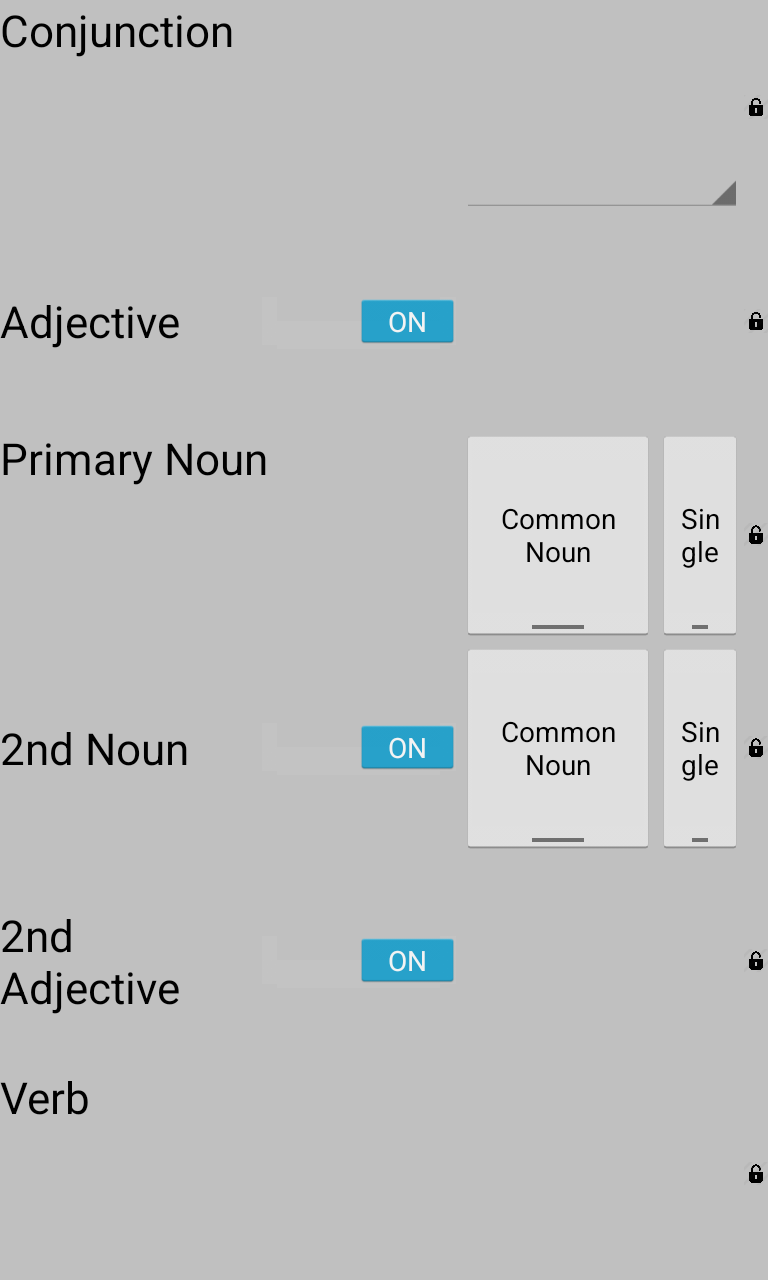
Repository: TheDizzler/TableTopTools
Layout: RPGTools/res/layout/fragment_cause_controls.xml
These files come from the project's save history. The layout is drawn as it stood at one moment and after the next save; the edit follows.
It is drawn on a 768 x 1280 px phone screen (xhdpi) without system bars, with theme AppTheme; the app's code is not run.

Above is the layout before, as saved 2017-03-26 19:19:04.

### RPGTools/res/layout/fragment_cause_controls.xml
<?xml version="1.0" encoding="utf-8"?>
<TableLayout xmlns:android="http://schemas.android.com/apk/res/android"
    android:layout_width="match_parent"
    android:layout_height="match_parent"
    android:background="#C0C0C0"
    android:measureWithLargestChild="true"
    android:orientation="vertical"
    android:weightSum="6" >

    <TableRow
        android:id="@+id/tableRow1_conjunction"
        android:layout_width="match_parent"
        android:layout_height="wrap_content"
        android:layout_weight="1"
        android:weightSum="4" >

        <TextView
            android:id="@+id/textView1"
            android:layout_width="wrap_content"
            android:layout_height="match_parent"
            android:layout_span="1"
            android:layout_weight="1"
            android:text="Conjunction"
            android:textColorHighlight="#FFFFFF00"
            android:textAppearance="?android:attr/textAppearanceLarge" />

        <Spinner
            android:id="@+id/spinner_Conjunctions"
            android:layout_width="wrap_content"
            android:layout_height="match_parent"
            android:layout_span="2"
            android:layout_weight="1" />

        <ImageView
            android:id="@+id/lockBtn_conj"
            android:layout_width="32dp"
            android:layout_height="match_parent"
            android:layout_span="1"
            android:layout_weight="1"
            android:src="@drawable/unlocked" />
    </TableRow>

    <TableRow
        android:id="@+id/tableRow2_primaryAdj"
        android:layout_width="match_parent"
        android:layout_height="wrap_content"
        android:layout_weight="1"
        android:weightSum="4" >

        <Switch
            android:id="@+id/switch_primaryAdjective"
            android:layout_width="wrap_content"
            android:layout_height="match_parent"
            android:layout_span="1"
            android:layout_weight="1"
            android:checked="true"
            android:text="Adjective"
            android:textAppearance="?android:attr/textAppearanceLarge" />

        <Spinner
            android:id="@+id/spacer1"
            android:layout_width="wrap_content"
            android:layout_height="match_parent"
            android:layout_span="2"
            android:layout_weight="1"
            android:visibility="invisible" />

        <ImageView
            android:id="@+id/lockBtn_primaryAdj"
            android:layout_width="32dp"
            android:layout_height="match_parent"
            android:layout_span="1"
            android:layout_weight="1"
            android:src="@drawable/unlocked" />
    </TableRow>

    <TableRow
        android:id="@+id/tableRow3_primaryNoun"
        android:layout_width="match_parent"
        android:layout_height="wrap_content"
        android:layout_weight="1"
        android:weightSum="4" >

        <TextView
            android:id="@+id/textView3"
            android:layout_width="wrap_content"
            android:layout_height="match_parent"
            android:layout_span="1"
            android:layout_weight="1"
            android:text="Primary Noun"
            android:textAppearance="?android:attr/textAppearanceLarge" />

        <ToggleButton
            android:id="@+id/toggleBtn_primaryNounProper"
            android:layout_width="wrap_content"
            android:layout_height="match_parent"
            android:layout_span="1"
            android:layout_weight="1"
            android:textOff="Common Noun"
            android:textOn="Proper Noun" />

        <ToggleButton
            android:id="@+id/toggleBtn_primaryNounPlural"
            android:layout_width="wrap_content"
            android:layout_height="match_parent"
            android:layout_span="1"
            android:layout_weight="1"
            android:textOff="Single"
            android:textOn="Plural" />

        <ImageView
            android:id="@+id/lockBtn_primaryNoun"
            android:layout_width="32dp"
            android:layout_height="match_parent"
            android:layout_span="1"
            android:layout_weight="1"
            android:src="@drawable/unlocked" />
    </TableRow>

    <TableRow
        android:id="@+id/tableRow4_secondaryNoun"
        android:layout_width="match_parent"
        android:layout_height="wrap_content"
        android:layout_weight="1"
        android:weightSum="4" >

        <Switch
            android:id="@+id/switch_secondaryNoun"
            android:layout_width="wrap_content"
            android:layout_height="match_parent"
            android:layout_span="1"
            android:layout_weight="1"
            android:checked="true"
            android:text="2nd Noun"
            android:textAppearance="?android:attr/textAppearanceLarge" />

        <ToggleButton
            android:id="@+id/toggleBtn_secondaryNounProper"
            android:layout_width="wrap_content"
            android:layout_height="match_parent"
            android:layout_span="1"
            android:layout_weight="1"
            android:textOff="Common Noun"
            android:textOn="Proper Noun" />

        <ToggleButton
            android:id="@+id/toggleBtn_secondaryNounPlural"
            android:layout_width="wrap_content"
            android:layout_height="match_parent"
            android:layout_span="1"
            android:layout_weight="1"
            android:textOff="Single"
            android:textOn="Plural" />

        <ImageView
            android:id="@+id/lockBtn_secondaryNoun"
            android:layout_width="32dp"
            android:layout_height="match_parent"
            android:layout_span="1"
            android:layout_weight="1"
            android:src="@drawable/unlocked" />
    </TableRow>

    <TableRow
        android:id="@+id/tableRow5_secondaryAdj"
        android:layout_width="match_parent"
        android:layout_height="wrap_content"
        android:layout_weight="1"
        android:weightSum="4" >

        <Switch
            android:id="@+id/switch_secondaryAdjective"
            android:layout_width="wrap_content"
            android:layout_height="match_parent"
            android:layout_span="1"
            android:layout_weight="1"
            android:checked="true"
            android:text="2nd Adjective"
            android:textAppearance="?android:attr/textAppearanceLarge" />

        <Spinner
            android:id="@+id/spacer2"
            android:layout_width="wrap_content"
            android:layout_height="match_parent"
            android:layout_span="2"
            android:layout_weight="1"
            android:visibility="invisible" />

        <ImageView
            android:id="@+id/lockBtn_secondaryAdjective"
            android:layout_width="32dp"
            android:layout_height="match_parent"
            android:layout_span="1"
            android:layout_weight="1"
            android:src="@drawable/unlocked" />
    </TableRow>

    <TableRow
        android:id="@+id/tableRow6_causeVerb"
        android:layout_width="match_parent"
        android:layout_height="wrap_content"
        android:layout_weight="1"
        android:weightSum="4" >

        <TextView
            android:id="@+id/textView_causeVerb"
            android:layout_width="wrap_content"
            android:layout_height="match_parent"
            android:layout_span="1"
            android:layout_weight="1"
            android:text="Verb"
            android:textAppearance="?android:attr/textAppearanceLarge" />

        <Spinner
            android:id="@+id/spacer3"
            android:layout_width="wrap_content"
            android:layout_height="match_parent"
            android:layout_span="2"
            android:layout_weight="1"
            android:visibility="invisible" />

        <ImageView
            android:id="@+id/lockBtn_causeVerb"
            android:layout_width="32dp"
            android:layout_height="match_parent"
            android:layout_span="1"
            android:layout_weight="1"
            android:src="@drawable/unlocked" />
    </TableRow>

</TableLayout>

Loaded but not shown: RPGTools/res/values/styles.xml (common file); RPGTools/res/values-v11/styles.xml (common file); RPGTools/res/values-v14/styles.xml (common file)

After the next save:
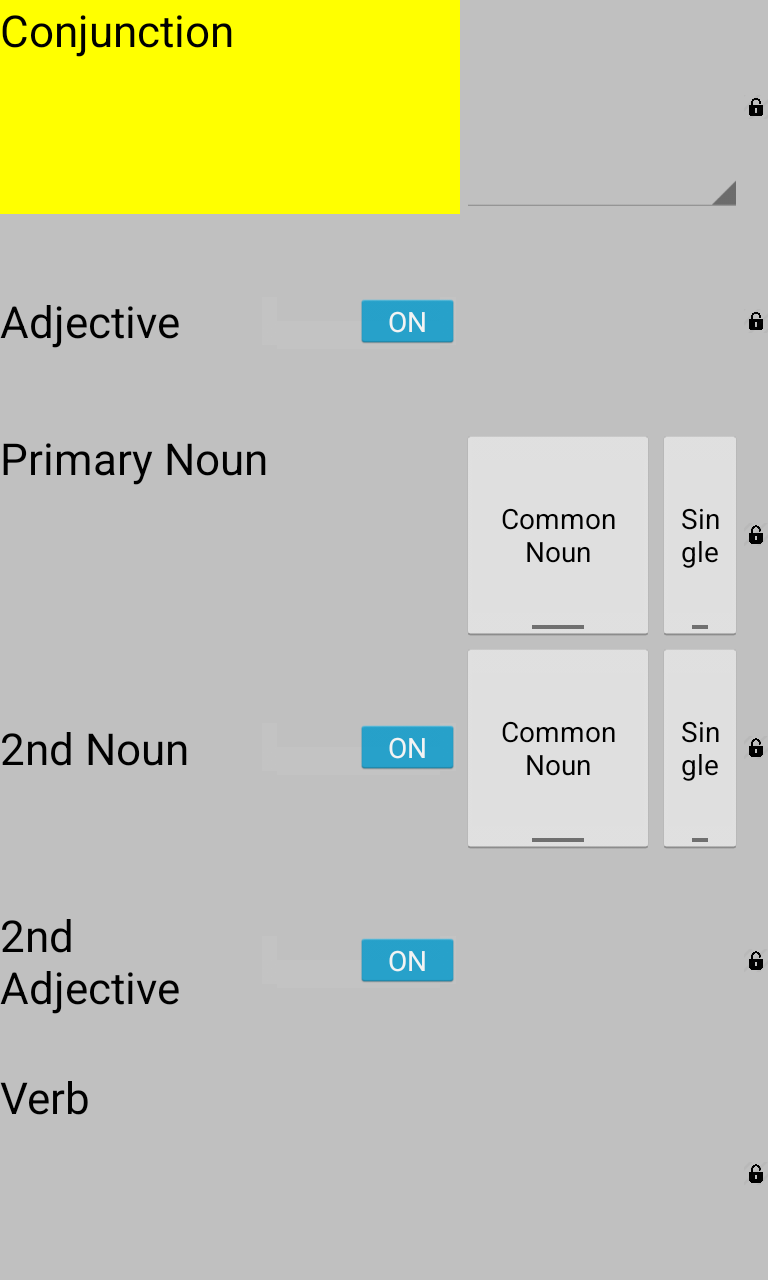
Saved 95 s later.
--- a/RPGTools/res/layout/fragment_cause_controls.xml
+++ b/RPGTools/res/layout/fragment_cause_controls.xml
@@ -21,7 +21,7 @@
             android:layout_span="1"
             android:layout_weight="1"
             android:text="Conjunction"
-            android:textColorHighlight="#FFFFFF00"
+            android:background="#FFFFFF00"
             android:textAppearance="?android:attr/textAppearanceLarge" />
 
         <Spinner
